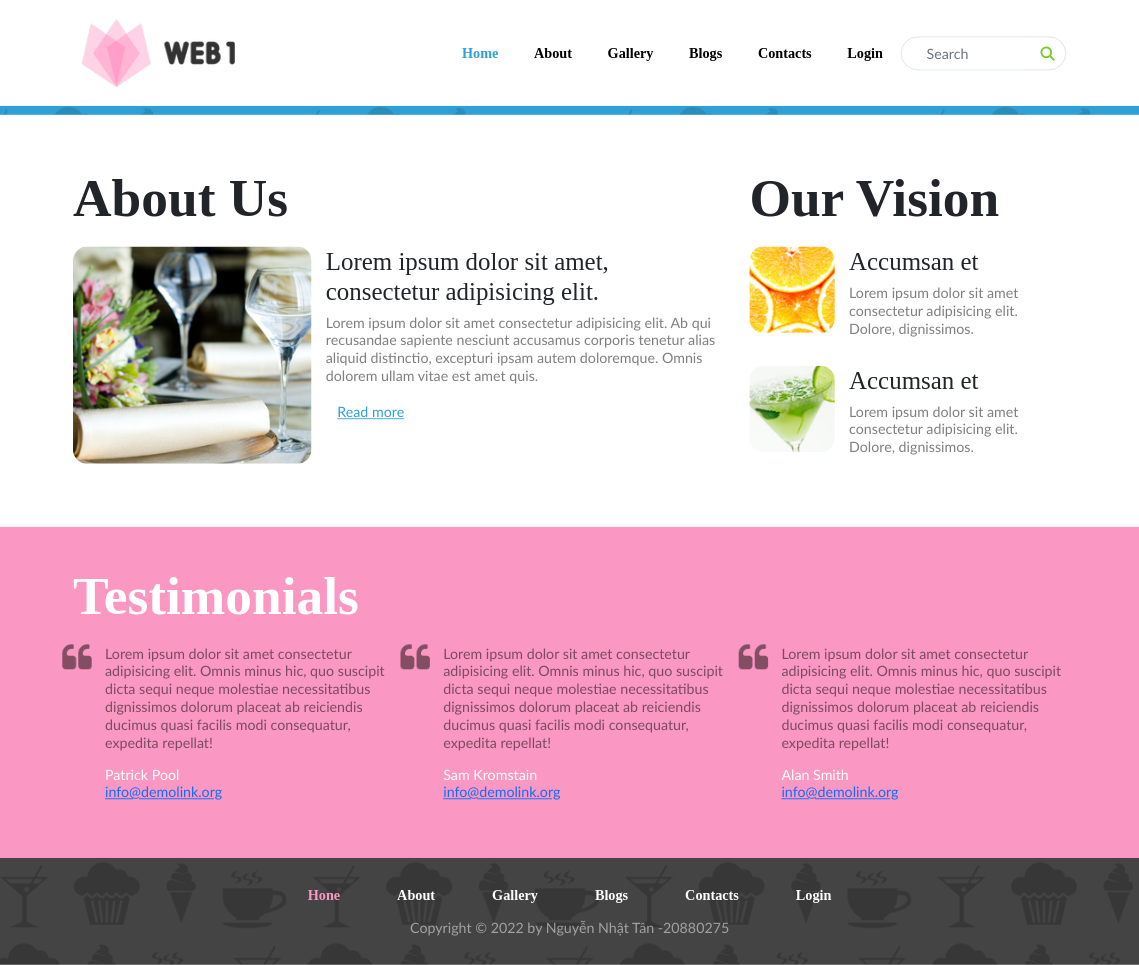
Repository: carembanhkem/web1-20880275
Page: about.html
The author's editor kept a copy of each file at every save. The page is drawn from the files as they stood at one save, then again after a run of saves.
The browser window is 1280 px wide. The pictures show the whole page, at 89% of full size.
Some web fonts or font styles are not loaded; a fallback is used. Some web libraries are served in a nearby version.

Above is the page before, as saved 2023-02-06 11:36:34.
Console error: ReferenceError: bootstrap is not defined

### about.html
<!doctype html>
<html lang="en">

<head>
    <title>20880275 - Web1 Project</title>
    <!-- Required meta tags -->
    <meta charset="utf-8">
    <meta name="viewport" content="width=device-width, initial-scale=1, shrink-to-fit=no">
    <!-- Favicon-->
    <link rel="shortcut icon" href="images/favicon.ico" type="image/x-icon">
    <!-- FontAweSome-->
    <script src="https://kit.fontawesome.com/ee054dad92.js" crossorigin="anonymous"></script>
    <!-- Google Fonts -->
    <link rel="preconnect" href="https://fonts.googleapis.com">
    <link rel="preconnect" href="https://fonts.gstatic.com" crossorigin>
    <link href="https://fonts.googleapis.com/css2?family=Changa+One&display=swap" rel="stylesheet">
    <!-- Bootstrap CSS v5.2.1 -->
    <link href="https://cdn.jsdelivr.net/npm/bootstrap@5.2.1/dist/css/bootstrap.min.css" rel="stylesheet"
        integrity="sha384-iYQeCzEYFbKjA/T2uDLTpkwGzCiq6soy8tYaI1GyVh/UjpbCx/TYkiZhlZB6+fzT" crossorigin="anonymous">
    <link rel="stylesheet" href="css/20880275.css">
</head>

<body>
    <header class="container">
        <nav class="navbar navbar-expand-sm navbar-light">
            <a class="navbar-brand" href="#">
                <img src="images/logo.png" alt="Web1 Logo">
            </a>
            <button class="navbar-toggler d-lg-none" type="button" data-bs-toggle="collapse" data-bs-target="#menu-header" aria-controls="menu-header"
                aria-expanded="false" aria-label="Toggle navigation"></button>
            <div class="collapse navbar-collapse" id="menu-header">
                <ul class="navbar-nav ms-auto mt-2 mt-lg-0">
                    <li class="nav-item">
                        <a class="nav-link active" href="index.html" aria-current="page">Home <span class="visually-hidden">(current)</span></a>
                    </li>
                    <li class="nav-item">
                        <a class="nav-link" href="about.html">About</a>
                    </li>
                    <li class="nav-item">
                        <a class="nav-link" href="gallery.html">Gallery</a>
                    </li>
                    <li class="nav-item">
                        <a class="nav-link" href="blogs.html">Blogs</a>
                    </li>
                    <li class="nav-item">
                        <a class="nav-link" href="contact.html">Contacts</a>
                    </li>
                    <li class="nav-item">
                        <a class="nav-link" href="#" data-bs-toggle="modal" data-bs-target="#modalLogin">Login</a>
                    </li>
                </ul>
                <form class="d-flex my-2 my-lg-0 border rounded-pill" id="formSearch">
                    <input class="form-control border-0 ms-3" type="text" placeholder="Search">
                    <button class="btn my-2 my-sm-0 border-0" type="submit"><i class="fa-solid fa-magnifying-glass"></i></button>
                </form>
            </div>
        </nav>
    </header>

    <section id="banner-small">

    </section>

    <section class="container py-5">
        <div class="row">
            <div class="col-md-8">
                <h1 class="py-3">About Us</h1>
                <div>
                    <img src="images/about-1.jpg" alt="About us" class="float-start rounded-4 me-3">
                    <h3>Lorem ipsum dolor sit amet, consectetur adipisicing elit.</h3>
                    <p class="text-black-50">Lorem ipsum dolor sit amet consectetur adipisicing elit. Ab qui recusandae sapiente nesciunt accusamus corporis tenetur alias aliquid distinctio, excepturi ipsam autem doloremque. Omnis dolorem ullam vitae est amet quis.</p>
                    <a href="#" class="btn btn-link readmore">Read more</a>
                </div>
            </div>
            <div class="col-md-4 col-sm-12">
                <h1 class="py-3">Our Vision</h1>
                <div class="clearfix mb-3">
                    <img src="images/vision/vision-1.jpg" alt="vision1" class="float-start me-3 rounded-4">
                    <h3>Accumsan et</h3>
                    <p class="text-black-50">Lorem ipsum dolor sit amet consectetur adipisicing elit. Dolore, dignissimos.</p>
                </div>
                <div class="clearfix mb-3">
                    <img src="images/vision/vision-2.jpg" alt="vision1" class="float-start me-3 rounded-4">
                    <h3>Accumsan et</h3>
                    <p class="text-black-50">Lorem ipsum dolor sit amet consectetur adipisicing elit. Dolore, dignissimos.</p>
                </div>
            </div>
        </div>
    </section>
    <!-- Testimonials-->
    <section class="container-fluid py-5" id="testimonials">
        <div class="container">
            <h1 class="text-white">Testimonials</h1>
            <div class="row py-3">
                <div class="col">
                    <p class="text-black-50">Lorem ipsum dolor sit amet consectetur adipisicing elit. Omnis minus hic, quo suscipit dicta sequi neque molestiae necessitatibus dignissimos dolorum placeat ab reiciendis ducimus quasi facilis modi consequatur, expedita repellat!</p>
                    <span class="text-white">Patrick Pool</span><br>
                    <a href="#">info@demolink.org</a>
                </div>
                <div class="col">
                    <p class="text-black-50">Lorem ipsum dolor sit amet consectetur adipisicing elit. Omnis minus hic, quo suscipit dicta sequi neque molestiae necessitatibus dignissimos dolorum placeat ab reiciendis ducimus quasi facilis modi consequatur, expedita repellat!</p>
                    <span class="text-white">Sam Kromstain</span><br>
                    <a href="#">info@demolink.org</a>
                </div>
                <div class="col">
                    <p class="text-black-50">Lorem ipsum dolor sit amet consectetur adipisicing elit. Omnis minus hic, quo suscipit dicta sequi neque molestiae necessitatibus dignissimos dolorum placeat ab reiciendis ducimus quasi facilis modi consequatur, expedita repellat!</p>
                    <span class="text-white">Alan Smith</span><br>
                    <a href="#">info@demolink.org</a>
                </div>
            </div>
        </div>
    </section>

    <!-- Our Team-->
    <section id="our-team" class="container">
        <div class="row">

        </div>
    </section>
    <!-- Footer -->
    <footer class="text-center container-fluid text-white py-3">
        <ul class="nav justify-content-center py-3" id="menu-footer">
            <li class="nav-item">
                <a class="nav-link active" href="#" aria-current="page">Hone</a>
            </li>
            <li class="nav-item">
                <a class="nav-link" href="about.html">About</a>
            </li>
            <li class="nav-item">
                <a class="nav-link" href="gallery.html">Gallery</a>
            </li>
            <li class="nav-item">
                <a class="nav-link" href="blogs.html">Blogs</a>
            </li>
            <li class="nav-item">
                <a class="nav-link" href="contact.html">Contacts</a>
            </li>
            <li class="nav-item">
                <a class="nav-link" href="#" data-bs-toggle="modal" data-bs-target="#modalLogin">Login</a>
            </li>
        </ul>
        <p class="text-white-50">Copyright &copy; 2022 by  Nguyễn Nhật Tân -20880275</p>
    </footer>

    <!-- Modal Body -->
    <!-- if you want to close by clicking outside the modal, delete the last endpoint:data-bs-backdrop and data-bs-keyboard -->
    <div class="modal fade" id="modalLogin" tabindex="-1" data-bs-backdrop="static" data-bs-keyboard="false" role="dialog" aria-labelledby="modalTitleId" aria-hidden="true">
        <div class="modal-dialog modal-dialog-scrollable modal-dialog-centered modal-sm" role="document">
            <div class="modal-content">
                <div class="modal-header">
                    <button type="button" class="btn-close" data-bs-dismiss="modal" aria-label="Close"></button>
                </div>
                <div class="modal-body">
                    <form action="#" method="post" id="formLogin">
                        <h3 class="text-center">Login Form</h3>
                        <div class="mb-3">
                            <input type="text" name="username" id="username" placeholder="Username" class="form-control">
                        </div>
                        <div class="mb-3">
                            <input type="password" name="password" id="password" placeholder="Password" class="form-control">
                        </div>
                        <button type="submit" class="form-control btn">Login</button>
                    </form>
                </div>
                <div class="modal-footer">

                </div>
            </div>
        </div>
    </div>


    <!-- Optional: Place to the bottom of scripts -->
    <script>
        const myModal = new bootstrap.Modal(document.getElementById('modalLogin'), options)

    </script>

    <!-- Boostrap JavaScript Libraries -->
    <script src="https://cdn.jsdelivr.net/npm/@popperjs/core@2.11.6/dist/umd/popper.min.js"
        integrity="sha384-oBqDVmMz9ATKxIep9tiCxS/Z9fNfEXiDAYTujMAeBAsjFuCZSmKbSSUnQlmh/jp3" crossorigin="anonymous">
    </script>

    <script src="https://cdn.jsdelivr.net/npm/bootstrap@5.2.1/dist/js/bootstrap.min.js"
        integrity="sha384-7VPbUDkoPSGFnVtYi0QogXtr74QeVeeIs99Qfg5YCF+TidwNdjvaKZX19NZ/e6oz" crossorigin="anonymous">
    </script>
</body>

</html>

### css/20880275.css
:root {
    --web1-pink: #FA97C2;
    --web1-blue: #2FA0D5;
    --web1-green: #73C926;
}

body {
    font-family: 'Trebuchet MS', Arial, Helvetica, sans-serif;
    font-size: 16px;
    line-height: 20px;
}

h1, h2, h3, h4 {
    font-family: 'Changa One', cursive;
    font-weight: 400;
}

h1 {
    font-size: 60px;
    line-height: 60px;
    font-weight: 900;
}

/* Header */
#menu-header a {
    display: block;
    padding: 0 1.25rem;
    font-weight: bold;
    color: black;
    font-family: 'Changa One', cursive;
}
#menu-header a.active {
    color: var(--web1-blue);
}

#formSearch input {
    width: 8rem;
}

#formSearch i {
    color: var(--web1-green);
}

/* Banner */
#banner {
    background-image: url('../images/bg-banner.gif');
}

#banner > div {
    background: url('../images/logo_bg.png') left top no-repeat, url('../images/search_bg.png') right top no-repeat;
    padding: 5rem 0  3rem 0;
}

#banner a {
    background-color: var(--web1-pink);
    font-family: 'Changa One', cursive;
    font-size: 2rem;
}

#banner .carousel-item {
    min-height: 15rem; /*Do chieu cao khong co dinh nen minheight bang cai lon nhat de ko bi xe dich*/
}

#banner .carousel-indicators li {
    width: 1.2rem;
    height: 1.2rem;
    border-radius: 1.2rem; /* de no thanh hinh tron*/
    border: none; /* de no thanh hinh tron vi width = height = border radius*/
    margin: 0 0.25rem;
    position: relative;
}

#banner .carousel-indicators li span {
    position: absolute;
    top: 0.3rem;
    left: 0.3rem;
    width: 0.6rem;
    height: 0.6rem;
    border-radius: 0.6rem;
    border: none;
    text-align:left;
    text-indent: -9999px;
}

#banner .carousel-indicators li.active span{
    background-color: var(--web1-green);
}

/* banner small */
#banner-small {
    background-image: url(../images/bg-banner.gif);
    padding: 5px;
}

/* products */
.readmore {
    color: var(--web1-blue);
    margin-top: -4px;
}

.web1-text-blue {
    color: var(--web1-blue);
}

/* about us */
#aboutus {
    background-color: var(--web1-pink);
}
/* Testimonials */
#testimonials {
    background-color: var(--web1-pink);
}
#testimonials .col {
    background: url("../images/quot.png") left top no-repeat;
    padding-left: 3rem;
}

#formSignUp {
    border-style: dashed !important;
    border-color: rgba(0,0,0,0.5) !important;
}

/* news */
#news .date {
    background-color: var(--web1-green);
    width: 6rem;
    padding: 1.5rem;
}

/* Footer*/
footer {
    background-image: url('../images/bg-footer.gif');
}

#menu-footer a {
    color: white;
    font-weight: bold;
    font-family: 'Changa One', cursive;
    display: block;
    padding: 0 2rem;
}

#menu-footer a.active {
    color: var(--web1-pink);
}

/* Modal Login*/
#formLogin button[type="submit"]{
    background-color: var(--web1-blue);
    color: white;
}

After the next 3 saves:
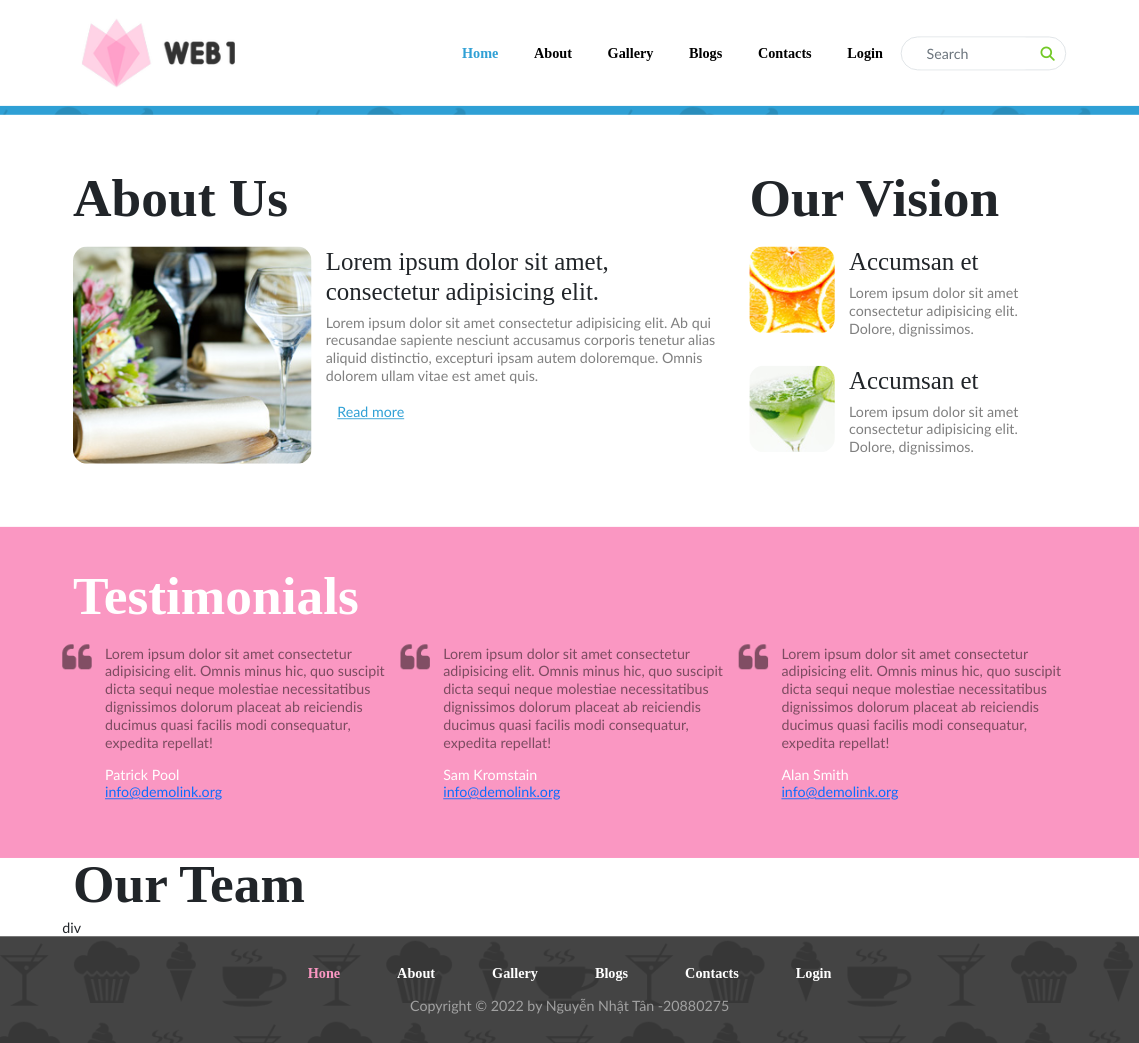
The 3 saves are shown as one change because they came seconds apart.
The last was saved 10 s later.
--- a/about.html
+++ b/about.html
@@ -114,7 +114,8 @@
     <!-- Our Team-->
     <section id="our-team" class="container">
         <div class="row">
-
+            <h1>Our Team</h1>
+            div
         </div>
     </section>
     <!-- Footer -->
